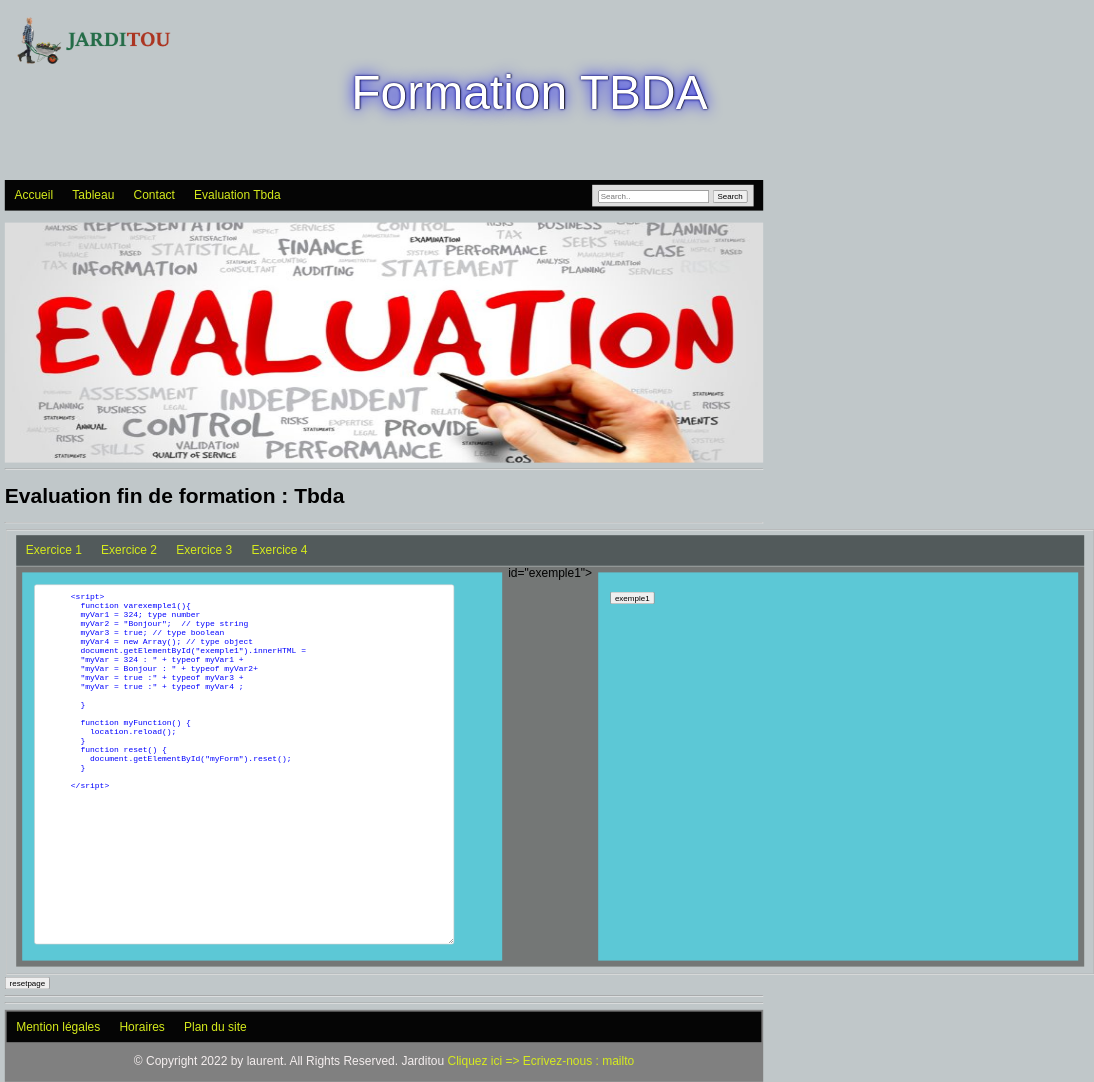
Repository: laurentbul/jarditou
Page: javascript/EvaluationTbda/evaluation_tbda.html
An editor plug-in stored every save of this project. The page is shown before and after the next save, followed by the edit.
The browser window is 1280 px wide. The page is 1824 px wide, then 1280 px, so the pictures cover 1824 px, including what lies to the right of the window. The pictures show the whole page, at 60% of full size.

Above is the page before, as saved 2022-12-15 03:49:13.

### javascript/EvaluationTbda/evaluation_tbda.html
<!DOCTYPE html>
<html lang="fr">

<head>
  <meta charset="UTF-8">
  <meta http-equiv="X-UA-Compatible" content="IE=edge">
  <meta name="viewport" content="width=device-width, initial-scale=1.0">
  <title>cours exercices HTML</title>
  <link rel="stylesheet" href="../assets/css/style.css" />

  <style>
    .flex-container2 {
      display: flex;
      background-color: rgb(116, 119, 118);
      justify-content: center;
    }

    .flex-container2 > div {
      background-color: #5cc8d6;
      margin: 10px;
      padding: 20px;
      font-size: 30px;
      width: 800px;
    }
    </style>
</head>

<body>
  <div class="flex-container">
    <div class="logo"><img src="../assets/img/jarditou_logo.png" alt="jarditou logo" title="jarditou logo" height="80" />
    </div>
    <div>
      <p class="slogan">Formation TBDA </p>
    </div>
  </div>
  <nav>
    <ul>
      <li><a href="../index.html">Accueil</a></li>
      <li><a href="../table.html">Tableau</a></li>
      <li><a href="../contact.html">Contact</a></li>
      <li><a href="evaluation_tbda.html">Evaluation Tbda</a></li>
      <li class="search-container">
        <div>
          <form action="/action_page.php">
            <input type="text" class="searchinput" placeholder="Search.." name="search" />
            <button type="submit">Search</button>
          </form>
        </div>
      </li>
    </ul>
  </nav>

  <img src="../assets/img/evaluation2.jpg" width="500" height="400" alt="qu'est ce que html" class="imgpromotion"
    title="promotion jarditou" />
  <hr />
  <h1>Evaluation fin de formation : Tbda</h1>
  <hr>
  <fieldset>
    <nav style="padding:1px 0; font-size:20px;">
      <ul style="background-color: #525a5b;">
        <li><a href="eval_ex1.html">Exercice 1 </a></li>
        <li><a href="eval_ex2.html">Exercice 2 </a></li>
        <li><a href="eval_ex3.html">Exercice 3</a></li>
        <li><a href="eval_ex4.html">Exercice 4</a></li>
      </ul>
    </nav>
    <div class="flex-container2">
    <div id="code">
      <textarea style="height: 600px;width: 700px; color: blue;">
      <sript>
        function varexemple1(){
        myVar1 = 324; type number
        myVar2 = "Bonjour";  // type string
        myVar3 = true; // type boolean
        myVar4 = new Array(); // type object
        document.getElementById("exemple1").innerHTML =
        "myVar = 324 : " + typeof myVar1 +
        "myVar = Bonjour : " + typeof myVar2+
        "myVar = true :" + typeof myVar3 +
        "myVar = true :" + typeof myVar4 ;

        }

        function myFunction() {
          location.reload();
        }
        function reset() {
          document.getElementById("myForm").reset();
        }

      </sript>
    </textarea>
    </div>
     id="exemple1">    <div ><input type="button" onclick="varexemple1()" value="exemple1">

    </div>

  </fieldset>


  <input type="button" onclick="myFunction()" value="resetpage"></div></div>
<hr>
<script>
function varexemple1(){
myVar1 = 324;    /* type number*/
myVar2 = "Bonjour";  // type string
myVar3 = true; // type boolean
myVar4 = new Array(); // type object
document.getElementById("exemple1").innerHTML =
"myVar = 324 : " + typeof myVar1 + "<br>" +"<br>" +
"myVar = Bonjour : " + typeof myVar2 + "<br>" +"<br>" +
"myVar = true :" + typeof myVar3 + "<br>" +"<br>" +
"myVar = true :" + typeof myVar4 + "<br>" +"<br>"

}

function myFunction() {
  location.reload();
}
function reset() {
  document.getElementById("myForm").reset();
}

</script>

<hr>
  <footer>
    <nav>
      <ul>
        <li><a href="mentionlegale.html">Mention légales</a></li>
        <li><a href="horaire.html">Horaires</a></li>
        <li><a href="plandusite.html">Plan du site</a></li>
      </ul>
    </nav>
    <p style="color: rgb(244, 238, 238);">
      &copy; Copyright 2022 by laurent. All Rights Reserved. Jarditou
      <a href="mailto:dave.loper@afpa.fr" title="Nous contacter">
        Cliquez ici => Ecrivez-nous : mailto
      </a>
    </p>
  </footer>
</body>

</html>

### javascript/assets/css/style.css
body {
  font-family: Arial, Helvetica, sans-serif;
  padding: 0px;
  background-color: rgb(192, 199, 201);
  font-size: 20px;
  height: 1500px;
}
h1{font-size: 35px;
}
h2{font-size: 20px;
}
.flex-container {
  display: flex;
}

.flex-container>div {
  padding: 20px;
}

.jarditou_logo {
  height: 80px;
}

.slogan {
  color: white;
  text-shadow: 1px 1px 2px black, 0 0 25px blue, 0 0 5px darkblue;
  font-size: 40px;
  margin-left: 250px;
  font-size: 80px;
}

ul {
  list-style-type: none;
  margin: 0;
  padding: 0;
  overflow: hidden;
  background-color: rgb(5, 5, 5);
}

li {
  float: left;
}

li a {
  display: block;
  color: white;
  text-align: center;
  padding: 14px 16px;
  text-decoration: none;
}

li a:hover:not(.active) {
  background-color: rgb(240, 10, 10);
}

.active {
  background-color: #4caf50;
}

a:link {
  color: rgb(214, 235, 28);
  background-color: transparent;
  text-decoration: none;
}

ul.a {

  background-color: rgb(179, 167, 167);

  color:rgb(42, 226, 211);

}


aside {
  width: 30%;
  height: 25%px;
  padding-left: 15px;
  float: right;
  font-style: italic;
  background-color: lightgray;
  margin-right: 60px;
  /*display:none */ /*===========correction =======================*/
}



.imgpromotion {
  display: block;
  margin-top: 20px;
  margin-left: auto;
  margin-right: auto;
  width: 100%;
}


footer {
  text-align: center;
  padding: 3px;
  background-color: gray;
  color: white;
}


.search-container {
  float: right;
  padding: 6px 10px;
  margin-top: 8px;
  margin-right: 16px;
  background: #ddd;
  font-size: 20px;
  border: none;
  cursor: pointer;
}


* {
  box-sizing: border-box;
}

input[type=text]:not(.searchinput),
select,
textarea {
  width: 100%;
  padding: 12px;
  border: 1px solid #ccc;
  border-radius: 4px;
  resize: vertical;
}



input[type=submit] {
  display: block;
  margin: 0px;
  width: 100%;
  padding: 12px;
  background-color: rgb(211, 211, 212);
}


input[type=submit]:hover {
  background-color: #d6c82f;
}

.container {
  border-radius: 5px;
  background-color: #af1818;
  padding: 20px;
}

#pays {
  font-size: 20px;
}

#birthday {
  font-size: 20px;
}

table {
  margin-bottom: 50px;
  margin-left: 100px;
}


th,
td {
  border: 1px solid black;
  border-collapse: collapse;
  margin-left: 100px;
  margin-bottom: 10px;
  background-color: #3f3324;
}

th {
  background-color: gray;
}

tr {
  color: azure;
}

table {
  width: 50%;
}

.btncontact {
  height: 45px;
  width: 200px;
  background-color: hsl(127, 4%, 46%);
  font-size: 20px;
  margin-left: 100px;
}

.btncontact:hover {
  background-color: #6ab0d8;
  color: white;
}

/* Responsive layout - when the screen is less than 768px wide, make the two columns stack on top of each other instead of next to each other */
@media screen and (max-width: 768px) {

  body {

    background-color: lavender;
    font-size: 14px;
  }


  .flex-container {
    display: flex;
  }

  .flex-container>div {
    padding: 0px;

  }

  .jarditou_logo {
    height: 80px;
  }

  .slogan {
    color: white;
    text-shadow: 1px 1px 2px black, 0 0 25px blue, 0 0 5px darkblue;
    margin-left: 0px;
    font-size: 40px;
  }

  ul {
    list-style-type: none;
    background-color: #367791;
    width: 768px;
  }

  li {
    background-color: rgb(10, 10, 10);
    display: flex;
    justify-content: center;
    width: 768px;
  }

  li a:hover:not(.active) {
    background-color: rgb(240, 10, 10);
  }

  aside{
    visibility: hidden;
}


}

.error{
  color: rgb(197, 22, 22);
}

After the next save:
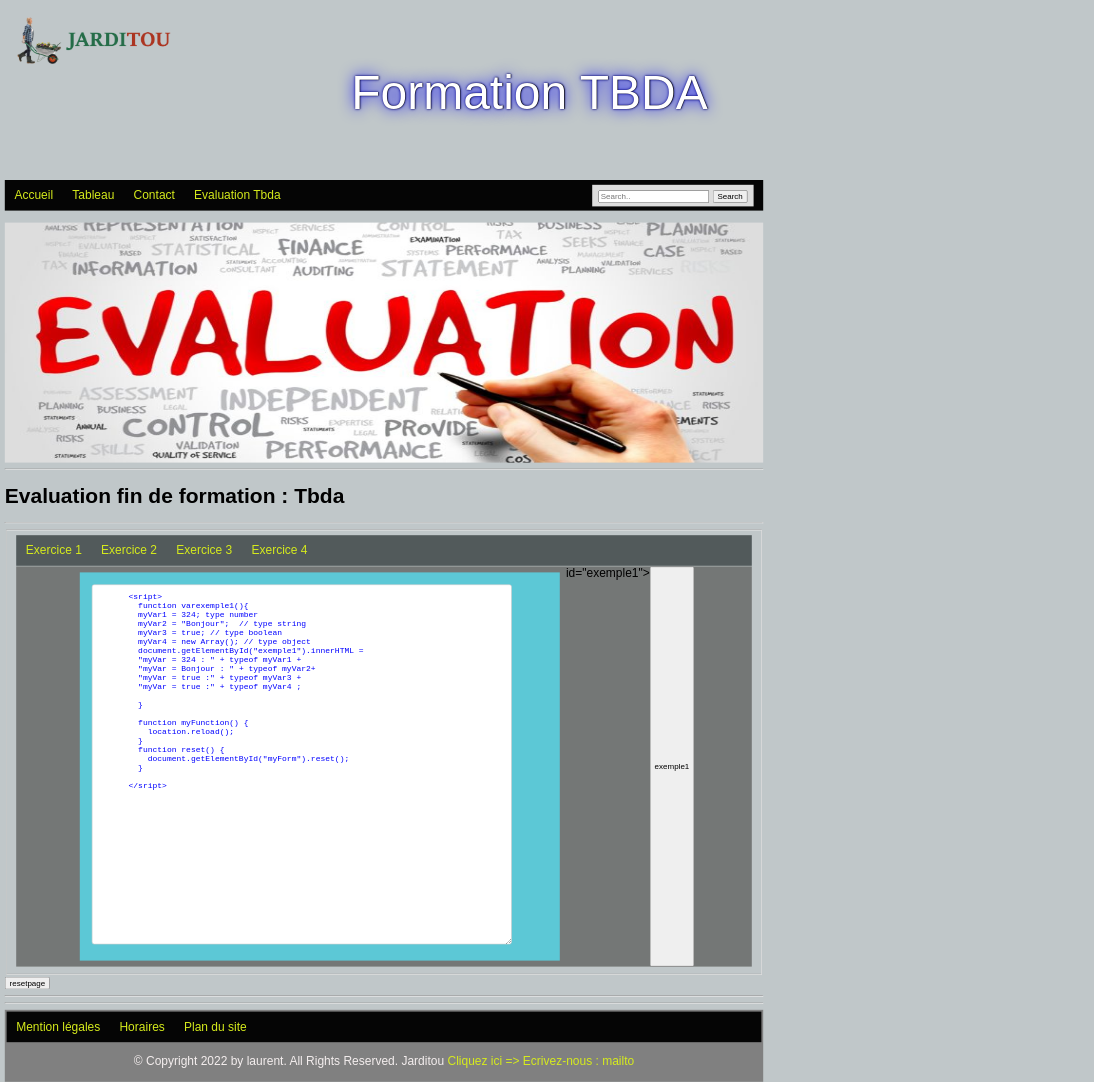
Saved 111 s later.
--- a/javascript/EvaluationTbda/evaluation_tbda.html
+++ b/javascript/EvaluationTbda/evaluation_tbda.html
@@ -91,7 +91,7 @@
       </sript>
     </textarea>
     </div>
-     id="exemple1">    <div ><input type="button" onclick="varexemple1()" value="exemple1">
+     id="exemple1">    <input type="button" onclick="varexemple1()" value="exemple1">
 
     </div>
 
